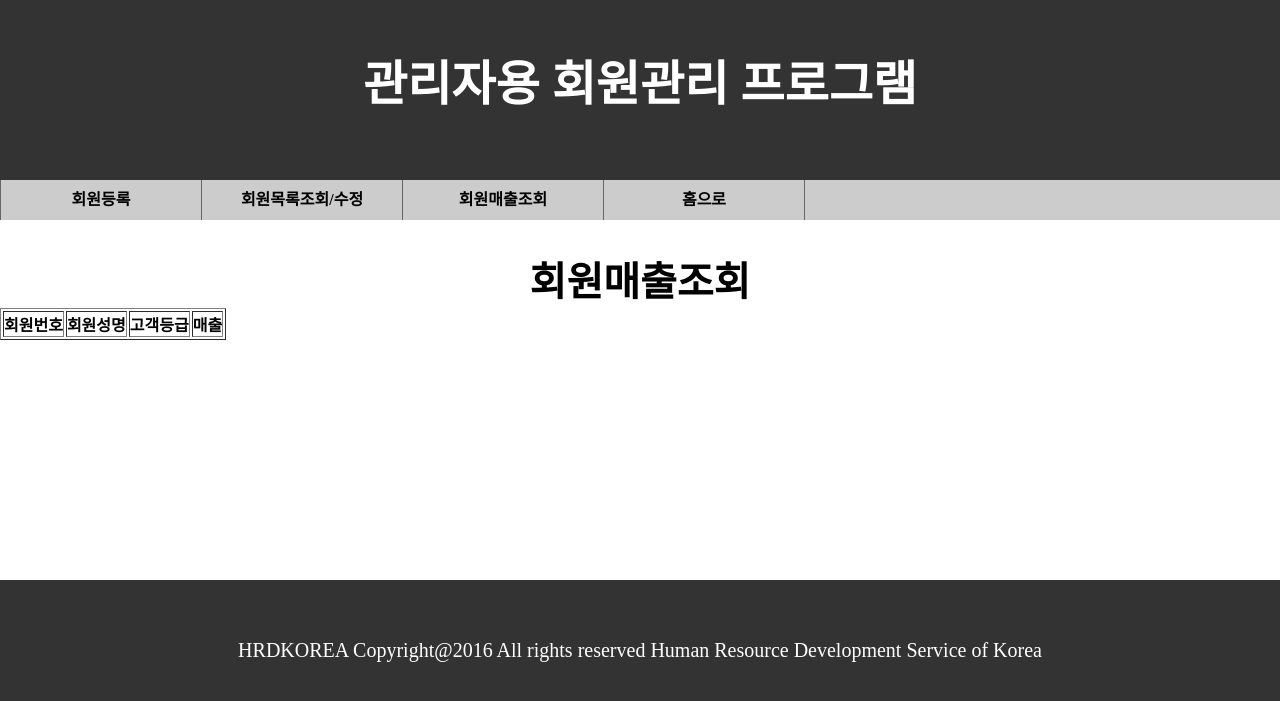
Repository: jsky1234/NCS
Page: http://localhost/HRD_1/memberSearch.jsp
The author's editor kept a copy of each file at every save. The page is drawn from the files as they stood at one save, then again after the next save.
The browser window is 1280 px wide. The pictures show the whole page.
The page is served by Tomcat 9. Queries for data that is not in the repository find no rows.

Above is the page before, as saved 2020-11-11 02:41:26.

### ncs1/HRD_1/WebContent/memberSearch.jsp
<%@ page language="java" contentType="text/html; charset=UTF-8"
    pageEncoding="UTF-8"%>
<%@ page import="java.sql.PreparedStatement" %>
<%@ page import="java.sql.DriverManager" %>
<%@ page import="java.sql.Connection" %>
<%@ page import="java.sql.ResultSet" %>
<%@ page import="DBPKG.DBcon" %>
<%@ page import="java.util.*, java.text.*" %>
<%@ include file="admin_header.jsp" %>
<style>

</style>
<%@ include file="admin_nav.jsp" %>
<main class="content">
	<section class="page" id="page1">
		<h2 class="page_tit">회원매출조회</h2>
		<div class="main_help">
			<table class="tb" border="1" cellpadding="10">
				<thead>
					<tr>
						<th class="custno">회원번호</th>
						<th class="custname">회원성명</th>
						<th class="grade">고객등급</th>
						<th class="total">매출</th>
					</tr>
				</thead>
				<tbody>
				<%
				request.setCharacterEncoding("utf-8");

				DBcon db;
				Connection conn = null;
				PreparedStatement pstmt = null;
				ResultSet rs;
				String custno, custname, grade, total;

				try {
					conn = DBcon.getConnection();
					String sql = "SELECt a.custno, a.custname, a.grade, sum(b.price) AS total ";
					sql += "FROM member_tbl_02 a ";
					sql += "JOIN money_tbl_02 b ON a.custno = b.custno ";
					sql += "GROUP BY (a.custno, a.custname, a.grade) ";
					sql += "ORDER BY total DESC";

					pstmt = conn.prepareStatement(sql);
					rs = pstmt.executeQuery();

					while(rs.next()) {
						custno = rs.getString("custno");
						custname = rs.getString("custname");
						grade = rs.getString("grade");
						total = rs.getString("total");

						switch(grade) {
							case "A" : grade = "VIP"; break;
							case "B" : grade = "일반"; break;
							case "C" : grade = "직원"; break;
						}
				%>
					<tr>
						<td class="custno"><%=custno %></td>
						<td class="custname"><%=custname %></td>
						<td class="grade"><%=grade %></td>
						<td class="total"><%=total %></td>
					</tr>
					<%
					}
					%>
				</tbody>
			</table>
				<%
				} catch(Exception e) {
					System.out.println("DB Connection error : "+e);
				%>
				<script>
				alert("데이트베이스 연결에 실패하여 작업을 완료하지 못했습니다.");
				location.href = "memberIns.jsp";
				</script>
				<%
				} finally {
					try {
						if(pstmt != null) pstmt.close();
						if(conn != null) conn.close();
				%>
				<script>
				alert("회원매출정보가 정상적으로 조회되었습니다.;")
				</script>
				<%
					} catch(Exception e) {
						//핸들에러 프린트
						System.out.println("DB Close error : "+e);
					}
				}
				%>
		</div>
	</section>
</main>
<%@ include file="admin_footer.jsp" %>

### ncs1/HRD_1/WebContent/admin_header.jsp
<%@ page language="java" contentType="text/html; charset=UTF-8"
    pageEncoding="UTF-8"%>
<!DOCTYPE html>
<html>
<head>
<meta charset="UTF-8">
<link rel="stylesheet" href="./css/main.css" />
<title>관리자 모드</title>
</head>
<body>
<header class="hd">
	<h2 class="tit">관리자용 회원관리 프로그램</h2>
</header>

### ncs1/HRD_1/WebContent/admin_nav.jsp
<%@ page language="java" contentType="text/html; charset=UTF-8"
    pageEncoding="UTF-8"%>
<nav class="gnb">
	<ul>
		<li><a href="memberIns.jsp">회원등록</a></li>
		<li><a href="">회원목록조회/수정</a></li>
		<li><a href="memberSearch.jsp">회원매출조회</a></li>
		<li><a href="admin.jsp">홈으로</a></li>
	</ul>
</nav>

### ncs1/HRD_1/WebContent/admin_footer.jsp
<%@ page language="java" contentType="text/html; charset=UTF-8"
    pageEncoding="UTF-8"%>
<footer class="ft">
	<div class="ft_wrap">
		<div class="admin_copy">
			<p class="copyright">HRDKOREA Copyright@2016 All rights reserved Human Resource Development Service of Korea</p>
		</div>
	</div>
</footer>
</body>
</html>

### ncs1/HRD_1/src/DBPKG/DBcon.java
package DBPKG;

import java.sql.Connection;
import java.sql.DriverManager;
import java.sql.SQLException;

public class DBcon {
	public static Connection getConnection() throws Exception{
		Class.forName("oracle.jdbc.OracleDriver");
		Connection con = DriverManager.getConnection("jdbc:oracle:thin:@//localhost:1521/xe", "sky", "1234");
		return con;
	}
}

### ncs1/HRD_1/WebContent/css/main.css
@charset "UTF-8";

* { margin: 0; padding: 0; }
body, html { width: 100%; height: 100%; }
ul { list-style : none; }
a { text-decoration: none; }
button, label, input { outline: 0; border: 0;  }
img { border: 0; }
ol { padding: 30px; }

.hd { clear: both; min-height: 180px; background-color: #333; }
.tit { font-size: 48px; text-align: center; line-height: 140px; color: #fff; padding-top: 15px;}
.gnb { clear: both; height: 40px; background-color: #cccccc; }
.gnb li { float: left; min-width: 120px; width: auto; }
.gnb a { display:block; text-align: center; line-height: 40px; width: 200px; height: 40px; color: #000000; font-weight: 700; border-left: 1px solid #666666; }
.gnb li:last-child { border-right: 1px solid #666666; }

.page { clear: both; padding: 30px 0 30px 0; }
.page_tit { text-align: center; font-size: 40px; }
.item_tit1 { font-size: 24px; margin-top: 30px; }
.item_tit2 { font-size: 18px; margin-top: 40px;}

.ft { clear: both; position: absolute;  width: 100%; bottom: 0; min-height:80px; height: 140px; background-color: #333; }
.copyright { color: #fff; font-size: 20px; text-align: center; margin-top: 20px; line-height: 100px;}

After the next save:
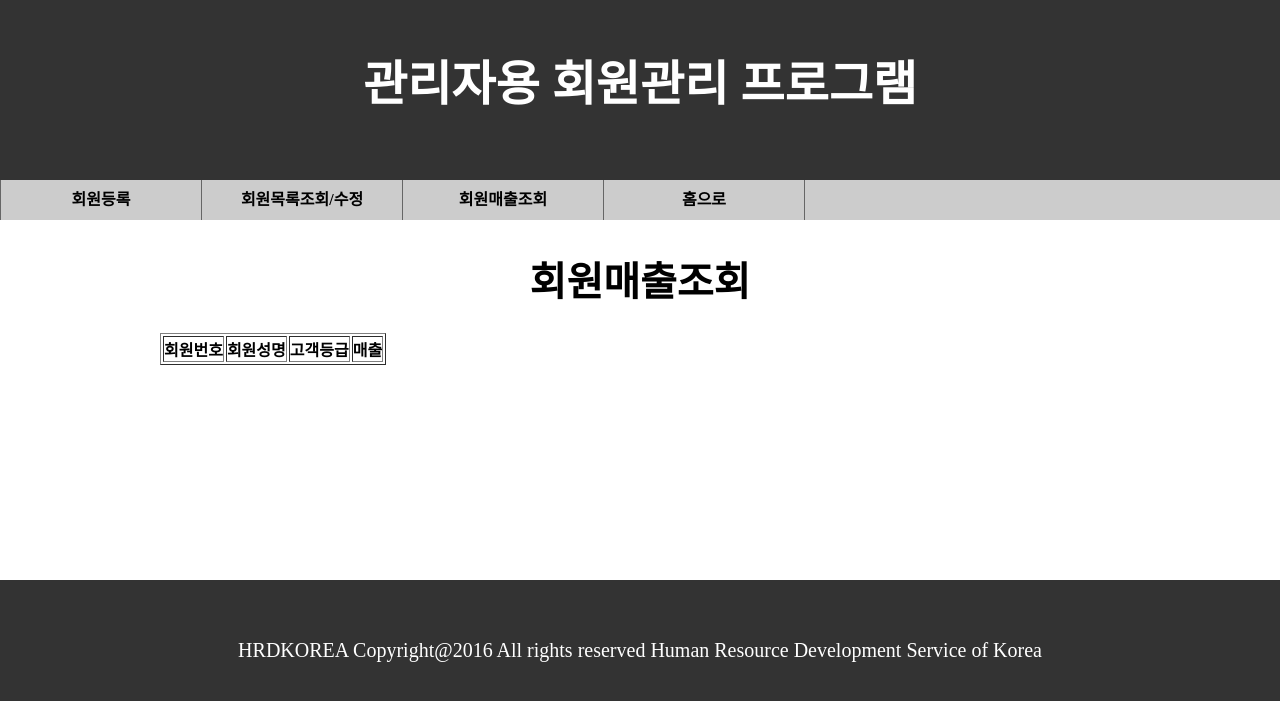
Saved 74 s later.
--- a/ncs1/HRD_1/WebContent/memberSearch.jsp
+++ b/ncs1/HRD_1/WebContent/memberSearch.jsp
@@ -8,7 +8,7 @@
 <%@ page import="java.util.*, java.text.*" %>
 <%@ include file="admin_header.jsp" %>
 <style>
-
+.main_help { width: 960px; margin: 25px auto;}
 </style>
 <%@ include file="admin_nav.jsp" %>
 <main class="content">
